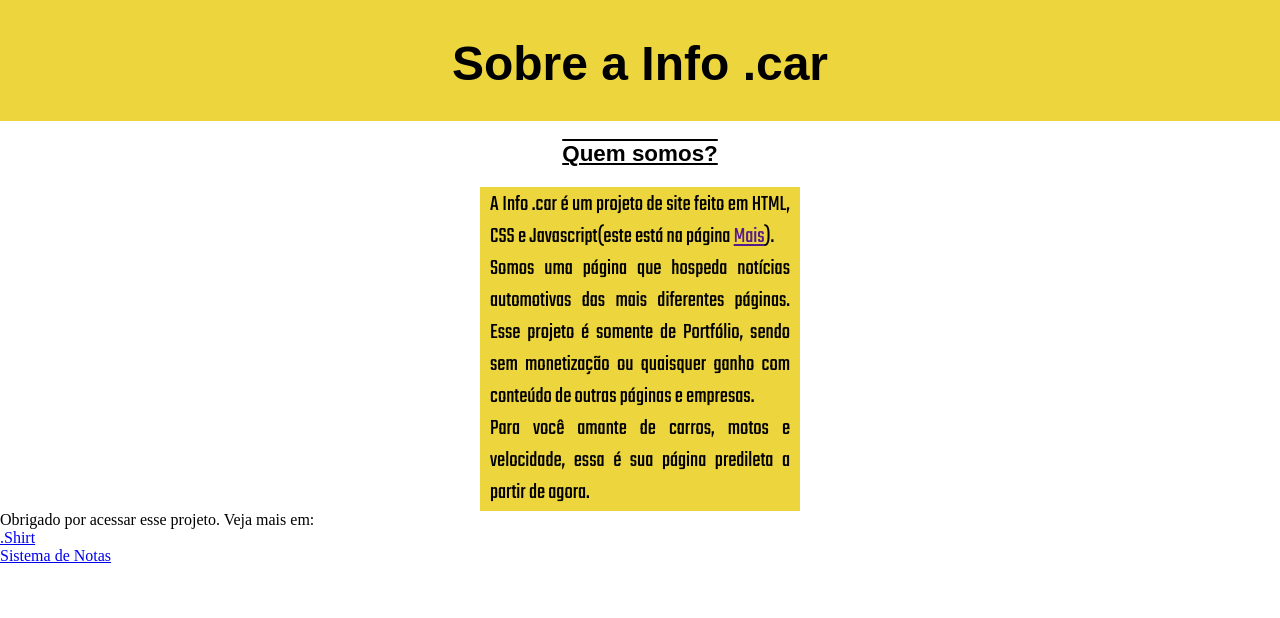
Repository: Leonngc/projeto-info.car
Page: sobre.html
These files come from the project's save history. The page is drawn as it stood at one moment and after a run of saves; the edit follows.
The browser window is 1280 px wide. The pictures show the whole page.
Some web fonts or font styles are not loaded; a fallback is used.

Above is the page before, as saved 2022-11-05 15:40:05.

After the next 5 saves:
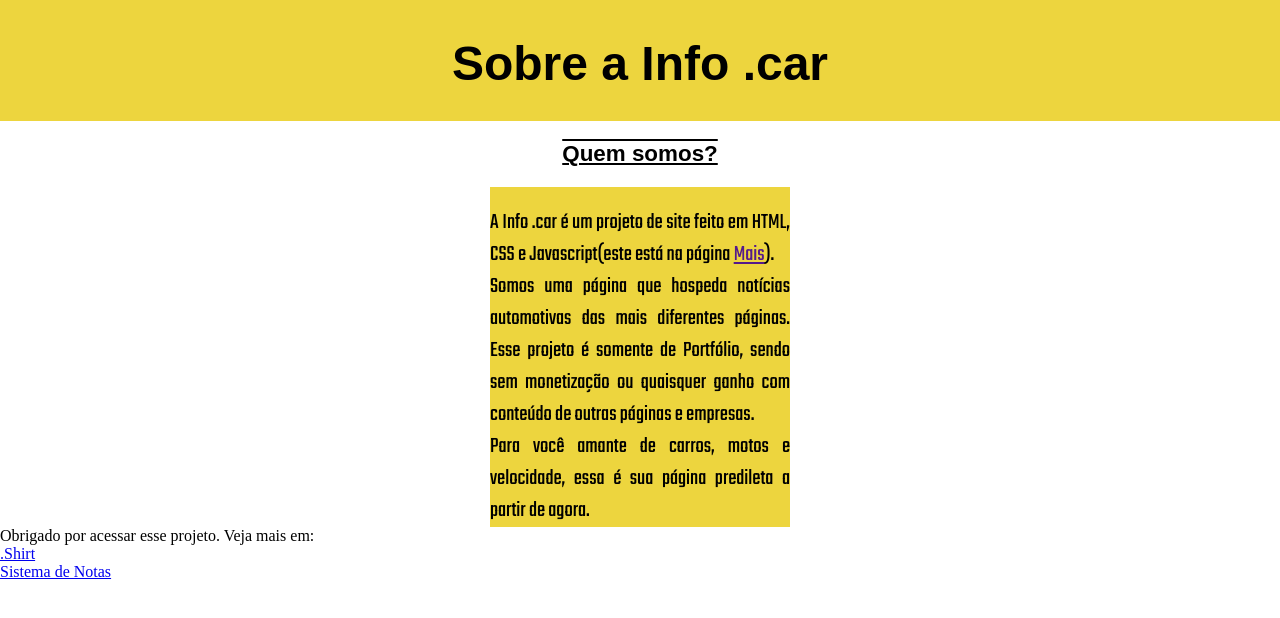
The 5 saves are shown as one change because they came seconds apart.
The last was saved 14 s later.
--- a/sobre.css
+++ b/sobre.css
@@ -47,6 +47,6 @@ article > p{
    width: 250px;
    min-width: 300px;
    min-height: 300px;
-   padding: 2px 10px;
+   padding-top: 20px;
    background-color: #edd53e;
 }
